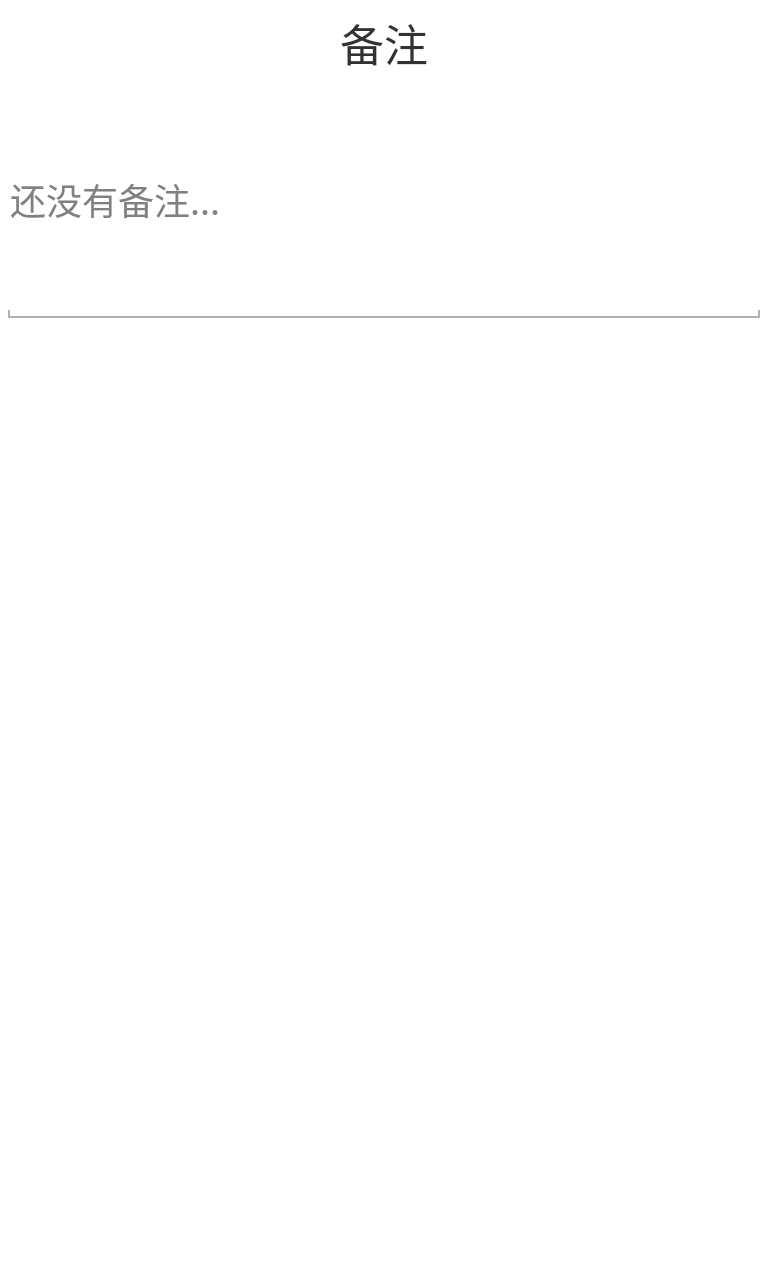
Repository: zhuyue1314/SysuLibrary
Layout: SysuLibrary-android/SysuMobileLibrary/res/layout/note_dialog.xml
The author's editor kept a copy of each file at every save. The layout is drawn from the files as they stood at one save, then again after the next save.
It is drawn on a 768 x 1280 px phone screen (xhdpi) without system bars, with theme AppTheme; the app's code is not run.

Above is the layout before, as saved 2015-12-30 15:47:50.

After the next save:
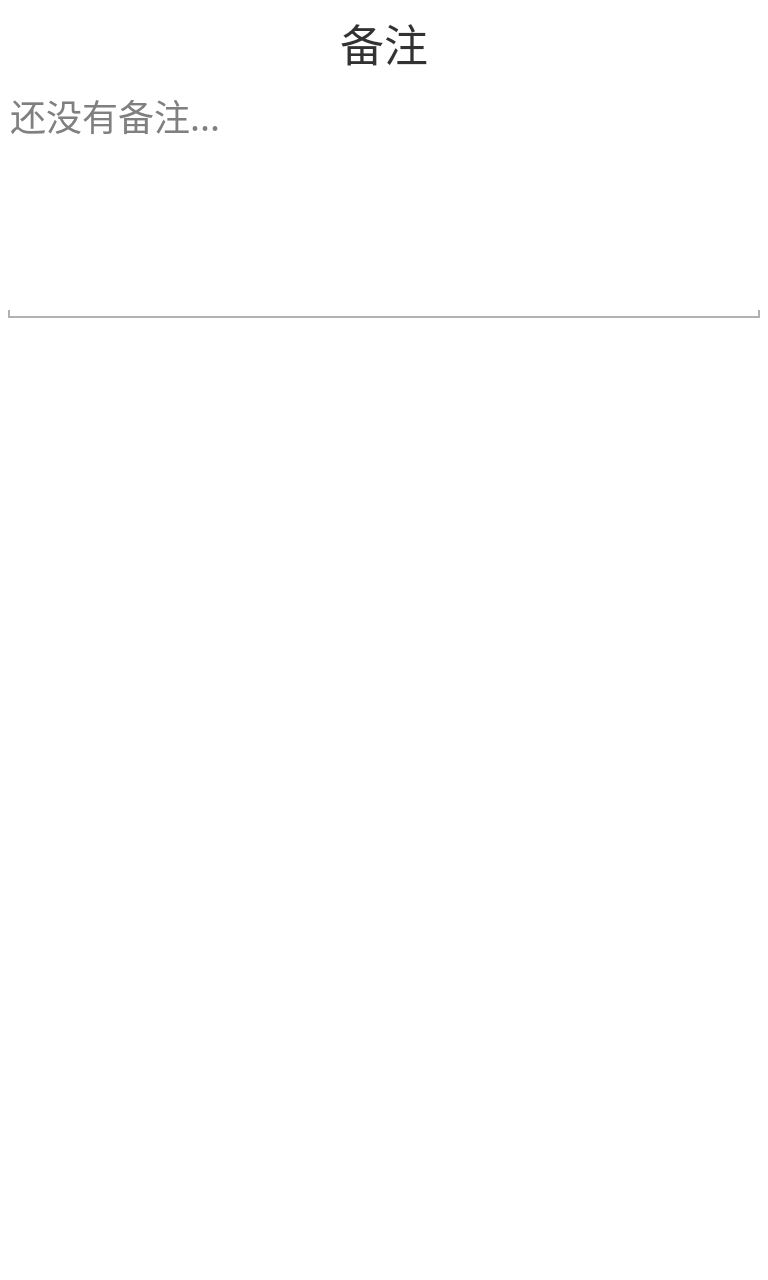
Saved 63 s later.
--- a/SysuLibrary-android/SysuMobileLibrary/res/layout/note_dialog.xml
+++ b/SysuLibrary-android/SysuMobileLibrary/res/layout/note_dialog.xml
@@ -18,7 +18,9 @@
         android:layout_height="wrap_content"
         android:hint="还没有备注..."
         android:inputType="textMultiLine"
+        android:layout_gravity="center"
         android:minLines="5"
+        android:gravity="top|left"
         android:paddingLeft="5dp"
         android:paddingRight="5dp" />
 
